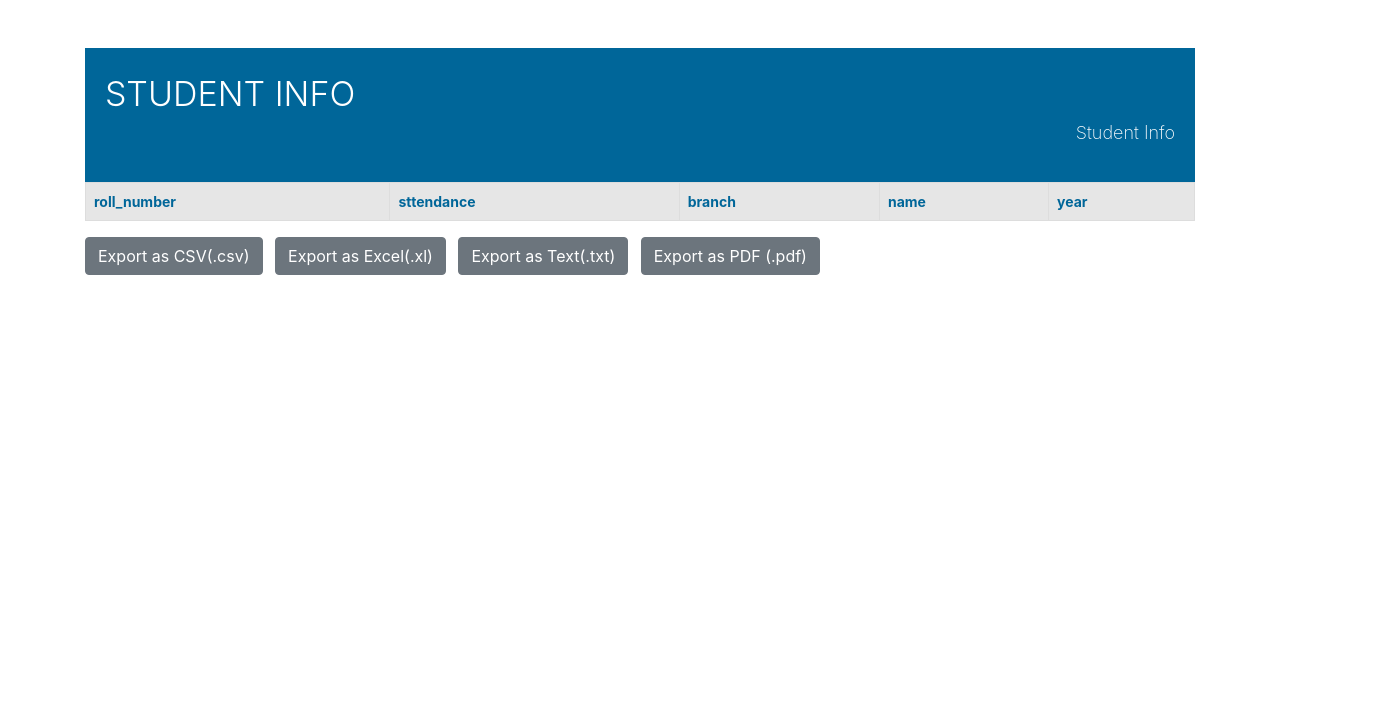
Repository: supranshu/CrystalReportGenerator
Page: http://localhost/produce_report
An editor plug-in stored every save of this project. The page is shown before and after the next save, followed by the edit.
The browser window is 1280 px wide. The page is 1280 px wide, then 1395 px, then 1280 px, so the pictures cover 1395 px, including what lies to the right of the window. The pictures show the whole page.
The page is this project's Thymeleaf template; nobody is signed in. The template is opened directly, without the code that normally fills it, so the values that code supplies are empty.

Above is the page before, as saved 2023-08-07 12:44:06.

### com.report/src/main/resources/templates/produce_report.html
<!DOCTYPE html>
<html xmlns:th="http://www.thymeleaf.org">
<head>
    <meta charset="UTF-8">
    <title>Produce Report</title>
    <link rel="stylesheet" href="https://maxcdn.bootstrapcdn.com/bootstrap/4.5.2/css/bootstrap.min.css">
    <style>
        /* Apply CSS styles here to mimic the appearance of the JRXML table */
        /* You can use inline styles or link to an external CSS file */
        /* Example styles to get you started */
        table {
            border-collapse: collapse;
            width: 100%;
            margin

        }
        th, td {
            padding: 8px;
            text-align: left;
            border: 1px solid #ddd;
        }
        th {
            font-size: 14px;
            font-weight: bold;
            background-color: #E6E6E6;
            color: #006699;

        }
        td {
            font-size: 14px;
            font-weight: 500;
        }

        .page-header {
            background-color: #006699;
            color: #FFFFFF;
            text-align: left;
            font-size: 34px;
            font-weight: 300;
            padding: 20px;
        }
        .page-header p{
        	text-align: right;
        	font-size: 18px;
        	font-weight: 150;
        }
    </style>

</head>

<body>
    <div class="container mt-5">
        <div class="page-header fulltable">
	        STUDENT INFO
	        <p>Student Info</p>
	    </div>

		    <table class="fulltable">
		        <thead>
		            <tr>
		                <th>roll_number</th>
		                <th>sttendance</th>
		                <th>branch</th>
		                <th>name</th>
		                <th>year</th>
		            </tr>
		        </thead>
		        <tbody>
		            <!-- Loop through students and generate table rows -->
		            <tr th:each="student : ${students}">
		                <td th:text="${student.rollNumber}">Roll Number</td>
		                <td th:text="${student.attendance}">Attendance</td>
		                <td th:text="${student.branch}">Branch</td>
		                <td th:text="${student.name}">Name</td>
		                <td th:text="${student.year}">Year</td>
		            </tr>
		        </tbody>
		    </table>









        <div class="mt-3">
            <a class="btn btn-secondary mr-2" th:href="@{/export/csv(year=${year}, branch=${branch})}" target="_blank">Export as CSV(.csv)</a>
            <a class="btn btn-secondary mr-2" th:href="@{/export/excel(year=${year}, branch=${branch})}" target="_blank">Export as Excel(.xl)</a>
            <a class="btn btn-secondary mr-2" th:href="@{/export/notepad(year=${year}, branch=${branch})}" target="_blank">Export as Text(.txt)</a>
            <a class="btn btn-secondary" th:href="@{/export/pdf(year=${year}, branch=${branch})}" target="_blank">Export as PDF (.pdf)</a>
        </div>
    </div>


</body>
</html>

After the next save:
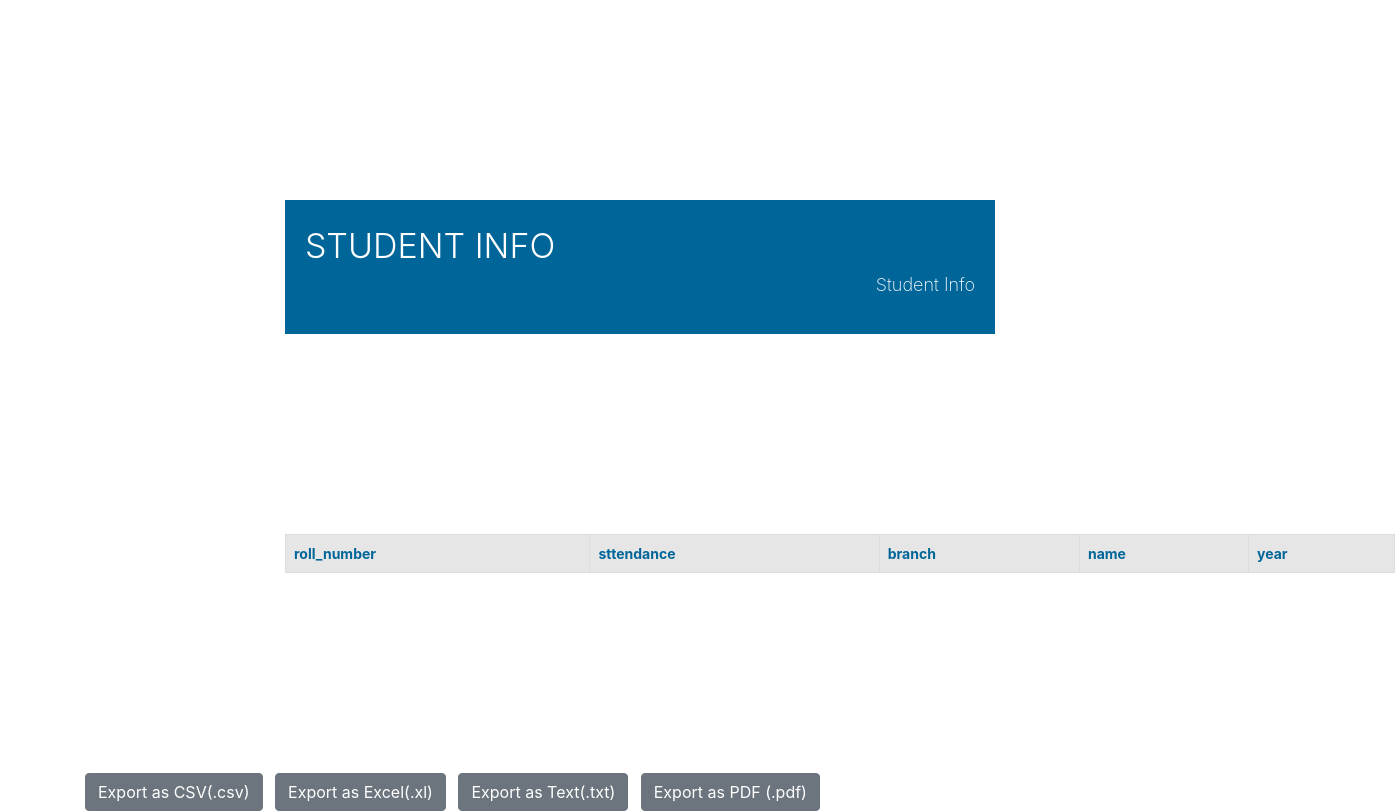
Saved 26 s later.
--- a/com.report/src/main/resources/templates/produce_report.html
+++ b/com.report/src/main/resources/templates/produce_report.html
@@ -43,6 +43,9 @@
         	text-align: right;
         	font-size: 18px;
         	font-weight: 150;
+        }
+        .fulltable{
+        	margin:200px;
         }
     </style>
 

After the 4 saves that followed:
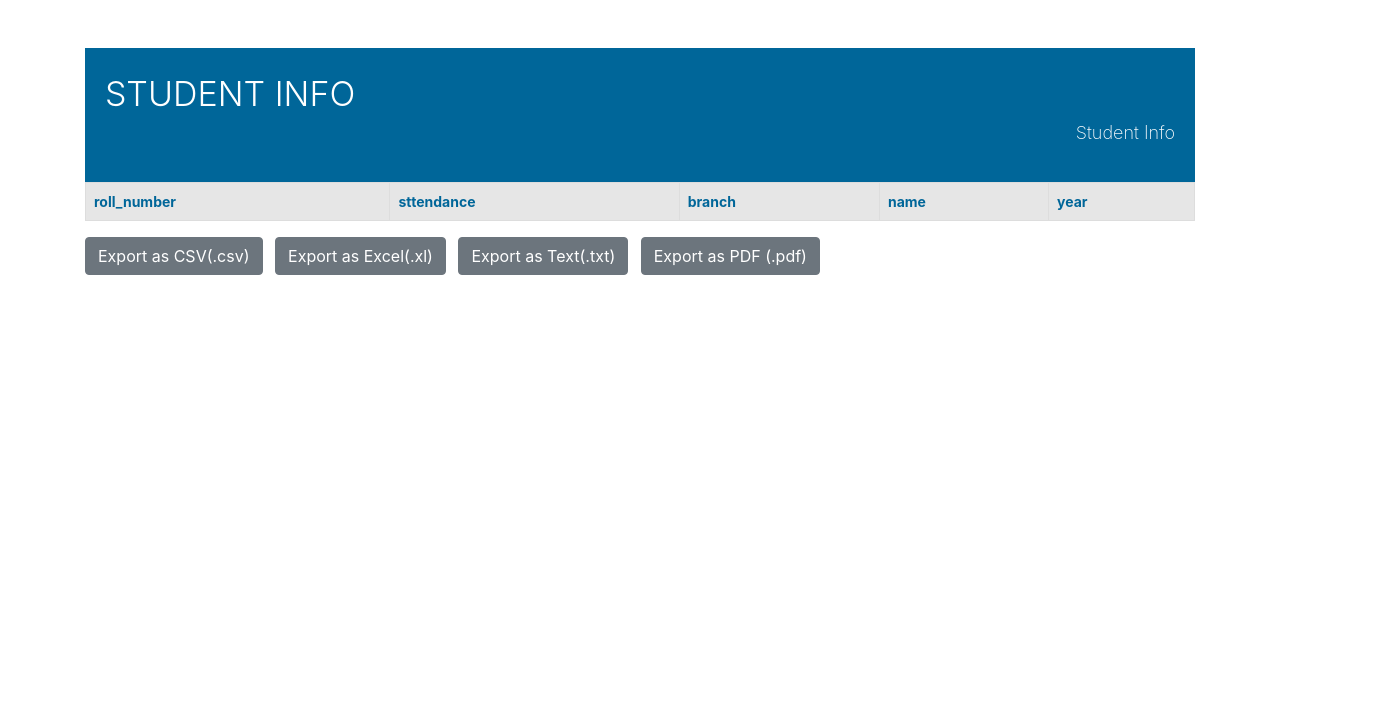
The 4 saves are shown as one change because 2 left the picture as it was and some came seconds apart.
The last was saved 33 s later.
--- a/com.report/src/main/resources/templates/produce_report.html
+++ b/com.report/src/main/resources/templates/produce_report.html
@@ -44,21 +44,18 @@
         	font-size: 18px;
         	font-weight: 150;
         }
-        .fulltable{
-        	margin:200px;
-        }
     </style>
 
 </head>
 
 <body>
     <div class="container mt-5">
-        <div class="page-header fulltable">
+        <div class="page-header">
 	        STUDENT INFO
 	        <p>Student Info</p>
 	    </div>
 
-		    <table class="fulltable">
+		    <table>
 		        <thead>
 		            <tr>
 		                <th>roll_number</th>
